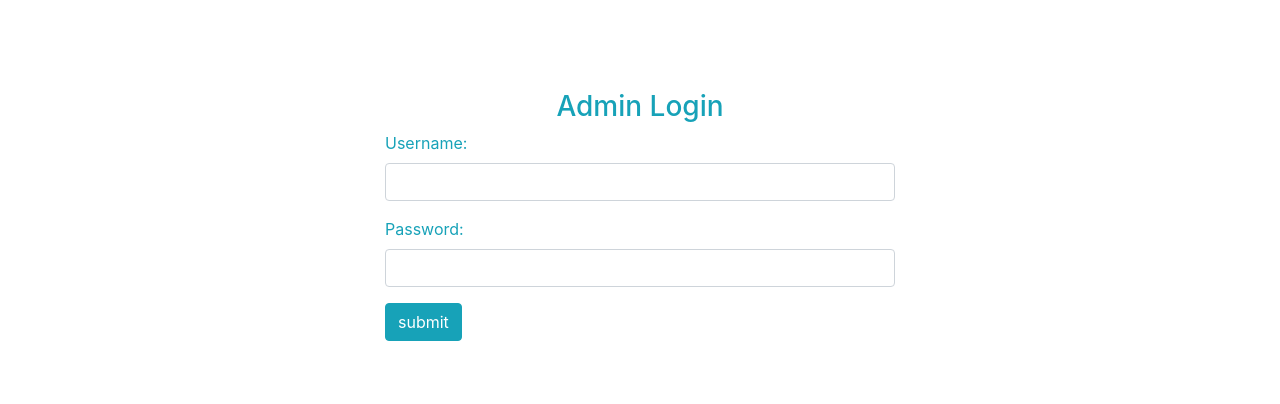
Repository: sindurup/Phase2Project
Page: http://localhost/LearnersAcademyPro/classInfo.jsp
These files come from the project's save history. The page is drawn as it stood at one moment and after the next save; the edit follows.
The browser window is 1280 px wide. The pictures show the whole page.
Some web libraries are served in a nearby version. The page is served by Tomcat 9. The session is filled in as if someone had signed in: {"uname": "Test User", "pw": 1}.

Above is the page before, as saved 2021-09-27 10:05:19.
Console error: TypeError: Cannot read properties of undefined (reading 'fn')

After the next save:
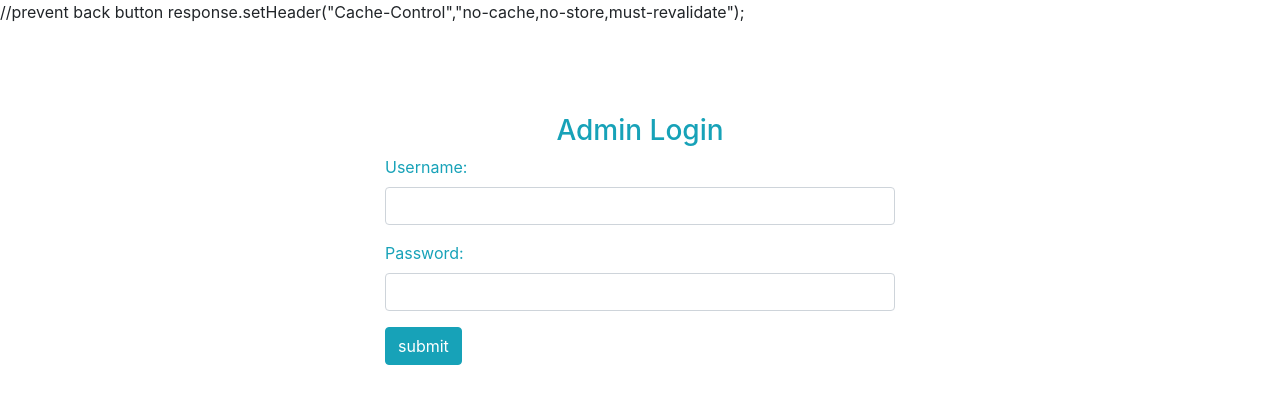
Saved 27 min 39 s later.
--- a/LearnersAcademyPro/src/main/webapp/classInfo.jsp
+++ b/LearnersAcademyPro/src/main/webapp/classInfo.jsp
@@ -10,7 +10,8 @@
 <title>Learners Academy</title>
 </head>
 <body>
-
+//prevent back button
+response.setHeader("Cache-Control","no-cache,no-store,must-revalidate");
 <%
     if(session.getAttribute("uname")==null)
 
